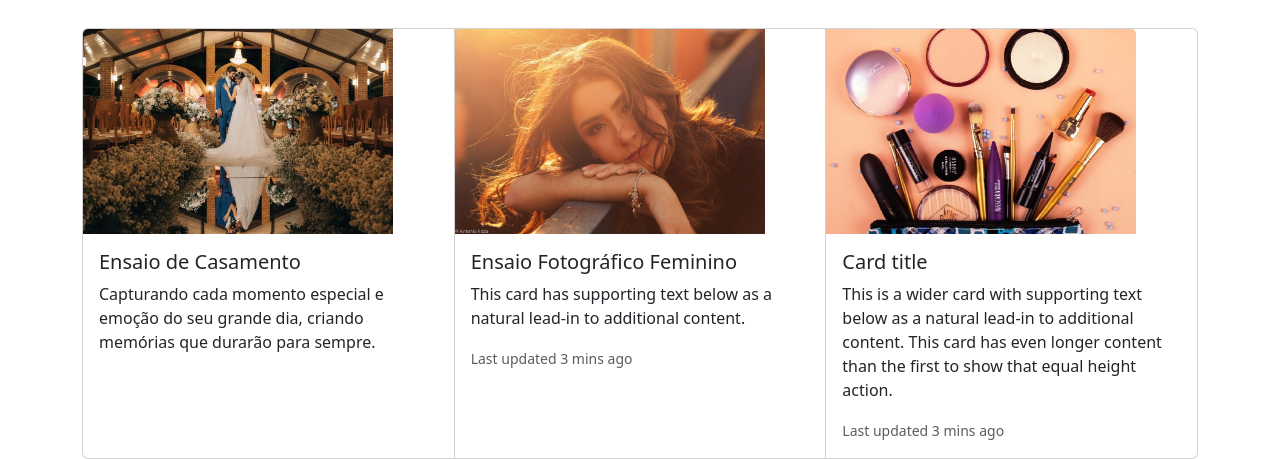
Repository: Marinalr-25/portifolio-fotografia
Page: index.html
An editor plug-in stored every save of this project. The page is shown before and after the next save, followed by the edit.
The browser window is 1280 px wide. The pictures show the part of the page from y = 653 to 1112 px (the page is 1112 px tall before and 1072 px after).
A picture or video elsewhere on the page could not be fetched, so the positions and the page height are approximate.

Above is the page before, as saved 2025-01-19 16:55:05.

After the next save:
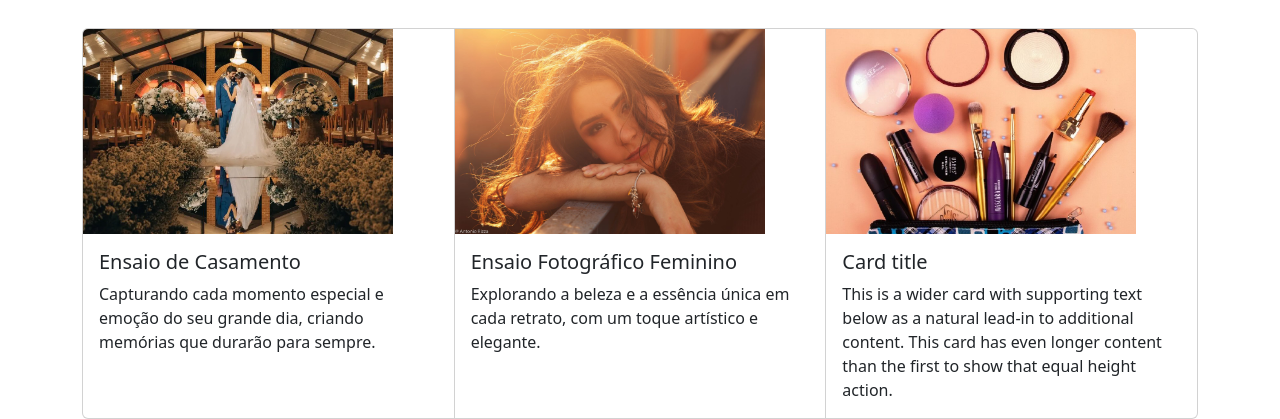
Saved 13 s later.
--- a/index.html
+++ b/index.html
@@ -116,11 +116,8 @@
         <div class="card-body">
           <h5 class="card-title">Ensaio Fotográfico Feminino</h5>
           <p class="card-text">
-            This card has supporting text below as a natural lead-in to
-            additional content.
-          </p>
-          <p class="card-text">
-            <small class="text-body-secondary">Last updated 3 mins ago</small>
+            Explorando a beleza e a essência única em cada retrato, com um toque
+            artístico e elegante.
           </p>
         </div>
       </div>
@@ -136,9 +133,6 @@
             This is a wider card with supporting text below as a natural lead-in
             to additional content. This card has even longer content than the
             first to show that equal height action.
-          </p>
-          <p class="card-text">
-            <small class="text-body-secondary">Last updated 3 mins ago</small>
           </p>
         </div>
       </div>
